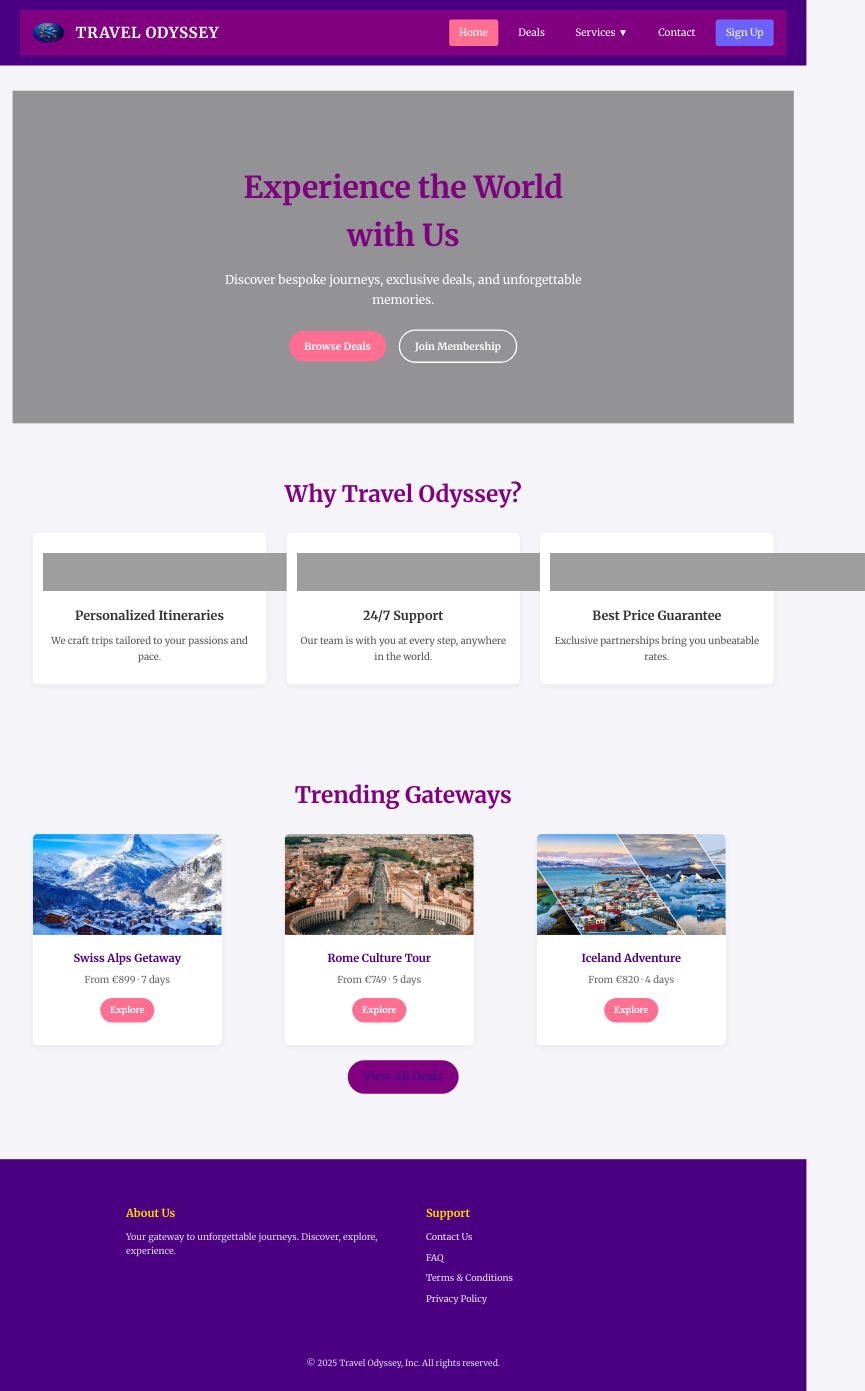
Repository: GHzPhoenix/Project-Odyssey
Page: Frontend/index.html
The author's editor kept a copy of each file at every save. The page is drawn from the files as they stood at one save, then again after the next save.
The browser window is 1280 px wide. The page is 1373 px wide, then 1280 px, so the pictures cover 1373 px, including what lies to the right of the window. The pictures show the whole page, at 63% of full size.
Pictures or frames that could not be fetched are drawn as grey boxes.

Above is the page before, as saved 2025-06-09 00:14:06.
Not found: Frontend/assets/hero-bg.jpg

### Frontend/index.html
<!DOCTYPE html>
<html lang="en">
  <head>
    <meta charset="UTF-8" />
    <meta name="viewport" content="width=device-width, initial-scale=1.0" />
    <title>Travel Odyssey</title>
    <link rel="stylesheet" href="/Frontend/css/style.css" />
    <link rel="stylesheet" href="/Frontend/css/home.css" />
    <link rel="preconnect" href="https://fonts.googleapis.com" />
    <link rel="preconnect" href="https://fonts.gstatic.com" crossorigin />
    <link
      href="https://fonts.googleapis.com/css2?family=Merriweather:wght@300;400;700;900&display=swap"
      rel="stylesheet"
    />
  </head>
  <body>
    <header>
      <nav>
        <div class="logo">
          <img src="/Frontend/assets/your-logo.png" alt="Logo" />
          Travel Odyssey
        </div>
        <button
          class="menu-toggle"
          aria-label="Toggle navigation"
          onclick="toggleMenu()"
        >
          <div></div>
          <div></div>
          <div></div>
        </button>
        <ul class="nav-menu">
          <li><a href="index.html" class="active">Home</a></li>
          <li><a href="deals.html">Deals</a></li>
          <li class="dropdown-parent">
            <a href="#">Services ▼</a>
            <div class="dropdown">
              <a href="membership.html">Memberships</a>
              <a href="dream.html">Plan Your Trip</a>
              <a href="client-area.html">Client Area</a>
            </div>
          </li>
          <li><a href="contact.html">Contact</a></li>
          <li><a href="signup.html" class="signup-btn">Sign Up</a></li>
        </ul>
      </nav>
    </header>

    <main>
      <section class="hero">
        <div class="hero-content">
          <h1>Experience the World with Us</h1>
          <p>
            Discover bespoke journeys, exclusive deals, and unforgettable
            memories.
          </p>
          <div class="hero-buttons">
            <a href="deals.html" class="btn-primary">Browse Deals</a>
            <a href="membership.html" class="btn-outline">Join Membership</a>
          </div>
        </div>
      </section>

      <section class="features">
        <h2>Why Travel Odyssey?</h2>
        <div class="feature-cards">
          <div class="feature-card">
            <img
              src="/Frontend/assets/icon-personalized.svg"
              alt="Personalized"
            />
            <h3>Personalized Itineraries</h3>
            <p>We craft trips tailored to your passions and pace.</p>
          </div>
          <div class="feature-card">
            <img src="/Frontend/assets/icon-support.svg" alt="Support" />
            <h3>24/7 Support</h3>
            <p>Our team is with you at every step, anywhere in the world.</p>
          </div>
          <div class="feature-card">
            <img src="/Frontend/assets/icon-value.svg" alt="Value" />
            <h3>Best Price Guarantee</h3>
            <p>Exclusive partnerships bring you unbeatable rates.</p>
          </div>
        </div>
      </section>

      <section class="preview-deals">
        <h2>Trending Gateways</h2>
        <div class="deals-container">
          <div class="deal-card">
            <img src="/Frontend/assets/swiss-alps.jpg" alt="Swiss Alps" />
            <div class="deal-card-body">
              <h3>Swiss Alps Getaway</h3>
              <p>From €899 · 7 days</p>
              <a href="trip-swiss.html" class="card-button">Explore</a>
            </div>
          </div>
          <div class="deal-card">
            <img src="/Frontend/assets/rome.jpg" alt="Rome" />
            <div class="deal-card-body">
              <h3>Rome Culture Tour</h3>
              <p>From €749 · 5 days</p>
              <a href="trip-rome.html" class="card-button">Explore</a>
            </div>
          </div>
          <div class="deal-card">
            <img src="/Frontend/assets/iceland.jpg" alt="Iceland" />
            <div class="deal-card-body">
              <h3>Iceland Adventure</h3>
              <p>From €820 · 4 days</p>
              <a href="trip-iceland.html" class="card-button">Explore</a>
            </div>
          </div>
        </div>
        <a href="deals.html" class="button-link">View All Deals</a>
      </section>
    </main>

    <footer class="footer">
      <div class="footer-container">
        <div class="footer-section">
          <h3>About Us</h3>
          <p>
            Your gateway to unforgettable journeys. Discover, explore,
            experience.
          </p>
        </div>
        <div class="footer-section">
          <h3>Support</h3>
          <ul>
            <li><a href="contact.html">Contact Us</a></li>
            <li><a href="faq.html">FAQ</a></li>
            <li><a href="terms.html">Terms & Conditions</a></li>
            <li><a href="privacy.html">Privacy Policy</a></li>
          </ul>
        </div>
      </div>
      <div class="footer-bottom">
        <p>© 2025 Travel Odyssey, Inc. All rights reserved.</p>
      </div>
    </footer>

    <script>
      function toggleMenu() {
        document.querySelector(".nav-menu").classList.toggle("active");
      }
    </script>
  </body>
</html>

### Frontend/css/home.css
@import url("https://fonts.googleapis.com/css2?family=Merriweather:wght@300;400;700;900&display=swap");

* {
  box-sizing: border-box;
  margin: 0;
  padding: 0;
}

body {
  font-family: "Merriweather", serif;
  background: #f4f4f9;
  color: #333;
  line-height: 1.6;
}

/* NAVIGATION */
header {
  background: #4b0082;
  padding: 1rem 2rem;
}
header .logo {
  display: flex;
  align-items: center;
  gap: 0.5rem;
  color: #fff;
  font-size: 1.5rem;
  font-weight: 700;
}
header .logo img {
  height: 32px;
}
header nav {
  display: flex;
  justify-content: space-between;
  align-items: center;
}
header .menu-toggle {
  display: none;
}
header .nav-menu {
  list-style: none;
  display: flex;
  gap: 1rem;
}
header .nav-menu li {
  position: relative;
}
header .nav-menu a {
  color: #fff;
  text-decoration: none;
  padding: 0.5rem 1rem;
  border-radius: 4px;
  transition: background 0.3s;
}
header .nav-menu a:hover,
header .nav-menu a.active {
  background: #ff6f91;
}
header .dropdown-parent .dropdown {
  position: absolute;
  background: #4b0082;
  top: 120%;
  left: 0;
  display: none;
  flex-direction: column;
  border-radius: 4px;
  overflow: hidden;
}
header .dropdown-parent:hover .dropdown {
  display: flex;
}
header .dropdown a {
  padding: 0.5rem 1rem;
}

/* HERO */
.hero {
  background: url("/Frontend/assets/hero-bg.jpg") center/cover no-repeat;
  color: #fff;
  text-align: center;
  padding: 6rem 2rem;
  position: relative;
}
.hero::after {
  content: "";
  position: absolute;
  inset: 0;
  background: rgba(0, 0, 0, 0.4);
}
.hero .hero-content {
  position: relative;
  max-width: 600px;
  margin: 0 auto;
  z-index: 1;
}
.hero h1 {
  font-size: 3rem;
  margin-bottom: 1rem;
}
.hero p {
  font-size: 1.2rem;
  margin-bottom: 2rem;
}
.hero-buttons a {
  display: inline-block;
  margin: 0 0.5rem;
  padding: 0.75rem 1.5rem;
  border-radius: 30px;
  font-weight: 700;
  transition: background 0.3s, color 0.3s;
}
.btn-primary {
  background: #ff6f91;
  color: #fff;
}
.btn-primary:hover {
  background: #e25577;
}
.btn-outline {
  border: 2px solid #fff;
  color: #fff;
}
.btn-outline:hover {
  background: #fff;
  color: #4b0082;
}

/* FEATURES */
.features {
  padding: 4rem 2rem;
  text-align: center;
}
.features h2 {
  font-size: 2.25rem;
  margin-bottom: 2rem;
}
.feature-cards {
  display: grid;
  grid-template-columns: repeat(auto-fit, minmax(220px, 1fr));
  gap: 2rem;
}
.feature-card {
  background: #fff;
  padding: 2rem 1rem;
  border-radius: 8px;
  box-shadow: 0 4px 12px rgba(0, 0, 0, 0.05);
  transition: transform 0.3s, box-shadow 0.3s;
}
.feature-card img {
  height: 60px;
  margin-bottom: 1rem;
}
.feature-card h3 {
  font-size: 1.25rem;
  margin-bottom: 0.75rem;
}
.feature-card p {
  font-size: 0.95rem;
  color: #555;
}
.feature-card:hover {
  transform: translateY(-5px);
  box-shadow: 0 8px 16px rgba(0, 0, 0, 0.1);
}

/* PREVIEW DEALS */
.preview-deals {
  padding: 4rem 2rem;
  text-align: center;
}
.preview-deals h2 {
  font-size: 2.25rem;
  margin-bottom: 2rem;
}
.deals-container {
  display: grid;
  grid-template-columns: repeat(auto-fit, minmax(250px, 1fr));
  gap: 1.5rem;
}
.deal-card {
  background: #fff;
  border-radius: 8px;
  overflow: hidden;
  box-shadow: 0 4px 12px rgba(0, 0, 0, 0.05);
  transition: transform 0.3s, box-shadow 0.3s;
}
.deal-card:hover {
  transform: translateY(-5px);
  box-shadow: 0 8px 16px rgba(0, 0, 0, 0.1);
}
.deal-card img {
  width: 100%;
  height: 160px;
  object-fit: cover;
}
.deal-card-body {
  padding: 1rem;
}
.deal-card-body h3 {
  font-size: 1.1rem;
  margin-bottom: 0.5rem;
  color: #4b0082;
}
.deal-card-body p {
  font-size: 0.95rem;
  margin-bottom: 1rem;
}
.deal-card-body .card-button {
  display: inline-block;
  padding: 0.5rem 1rem;
  background: #ff6f91;
  color: #fff;
  border-radius: 20px;
  font-size: 0.9rem;
  transition: background 0.3s;
}
.deal-card-body .card-button:hover {
  background: #e25577;
}
.button-link {
  display: inline-block;
  margin-top: 1.5rem;
  color: #4b0082;
  text-decoration: underline;
}

/* FOOTER */
.footer {
  background: #4b0082;
  color: #fff;
  padding: 2rem 1rem;
}
.footer-container {
  display: flex;
  flex-wrap: wrap;
  gap: 2rem;
  max-width: 960px;
  margin: 0 auto 1rem;
}
.footer-section {
  flex: 1 1 200px;
}
.footer-section h3 {
  margin-bottom: 0.75rem;
  font-size: 1.1rem;
}
.footer-section p,
.footer-section ul {
  font-size: 0.9rem;
}
.footer-section ul {
  list-style: none;
}
.footer-section ul li + li {
  margin-top: 0.5rem;
}
.footer-section a {
  color: #fff;
  text-decoration: none;
}
.footer-section a:hover {
  text-decoration: underline;
}
.footer-bottom {
  text-align: center;
  font-size: 0.85rem;
}

Loaded but not shown: Frontend/css/style.css (994 lines, source omitted)

After the next save:
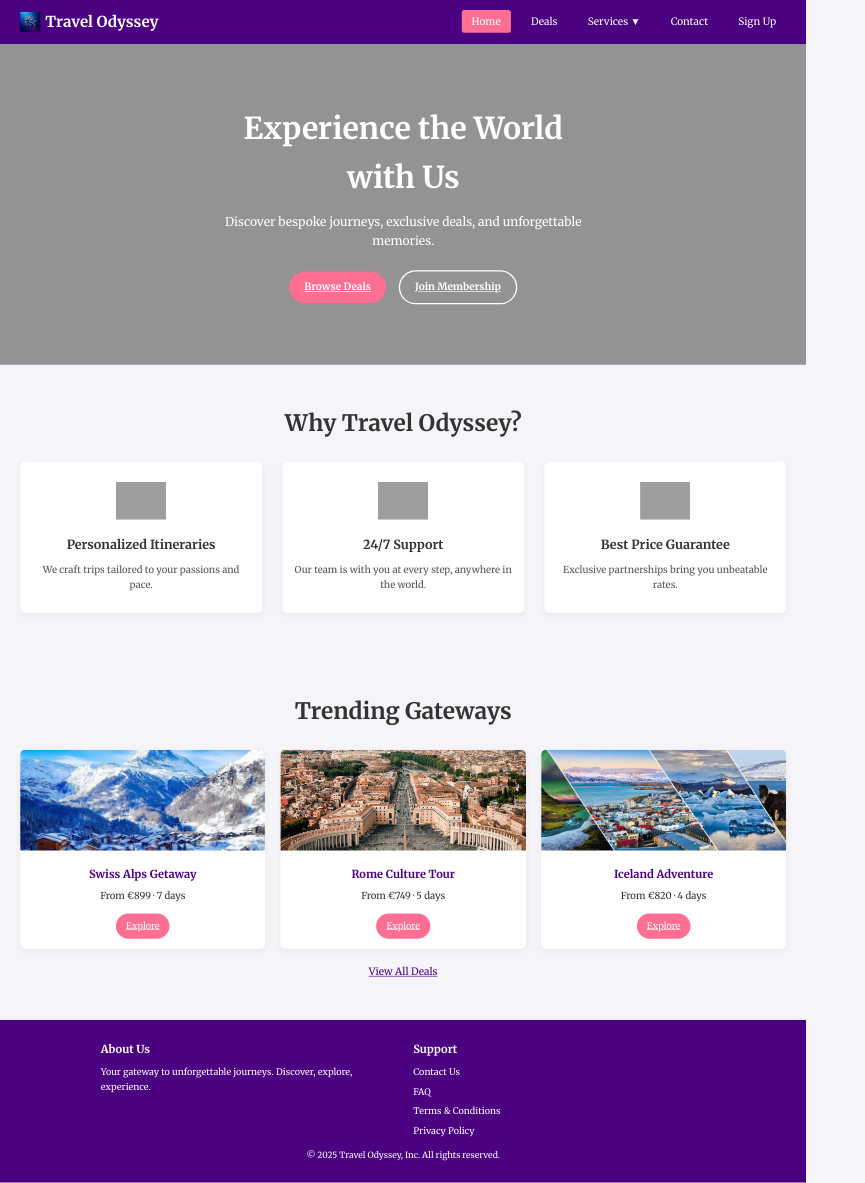
Saved 22 s later.
--- a/Frontend/index.html
+++ b/Frontend/index.html
@@ -4,7 +4,7 @@
     <meta charset="UTF-8" />
     <meta name="viewport" content="width=device-width, initial-scale=1.0" />
     <title>Travel Odyssey</title>
-    <link rel="stylesheet" href="/Frontend/css/style.css" />
+
     <link rel="stylesheet" href="/Frontend/css/home.css" />
     <link rel="preconnect" href="https://fonts.googleapis.com" />
     <link rel="preconnect" href="https://fonts.gstatic.com" crossorigin />
